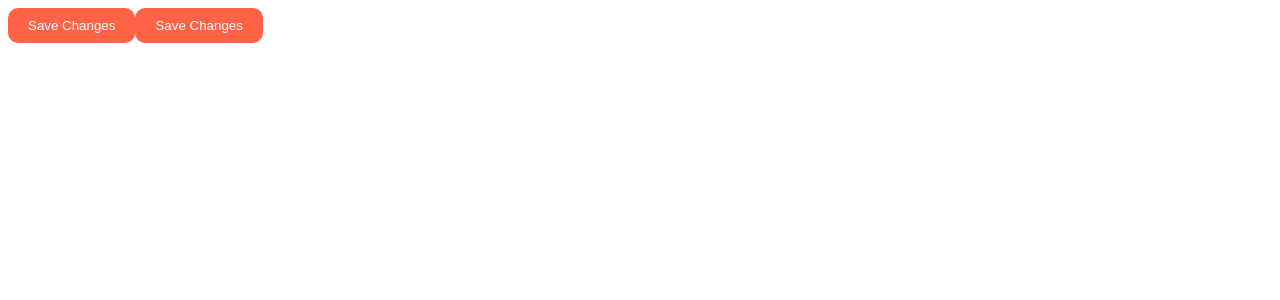
Repository: Leeminsu67/react-principle-study
Page: props.html
An editor plug-in stored every save of this project. The page is shown before and after the next save, followed by the edit.
The browser window is 1280 px wide. The pictures show the whole page.

Above is the page before, as saved 2024-08-01 19:44:01.

### props.html
<!DOCTYPE html>
<html lang="ko">
  <body>
    <div id="root"></div>
  </body>
  <script src="https://unpkg.com/react@17.0.2/umd/react.production.min.js"></script>
  <script src="https://unpkg.com/react-dom@17.0.2/umd/react-dom.production.min.js"></script>
  <script src="https://unpkg.com/@babel/standalone/babel.min.js"></script>
  <script type="text/babel">
    function Btn() {
      return (
        <button
          style={{
            backgroundColor: "tomato",
            color: "white",
            padding: "10px 20px",
            border: 0,
            borderRadius: 10,
          }}
        >
          Save Changes
        </button>
      );
    }
    function ConfirmBtn() {
      return (
        <button
          style={{
            backgroundColor: "tomato",
            color: "white",
            padding: "10px 20px",
            border: 0,
            borderRadius: 10,
          }}
        >
          Confirm
        </button>
      );
    }
    // App 컴포넌트
    const App = () => {
      return (
        <div>
          <Btn text="Save Changes" />
          <Btn text="Continue" />
        </div>
      );
    };

    const root = document.getElementById("root");
    ReactDOM.render(<App />, root);
  </script>
</html>

After the next save:
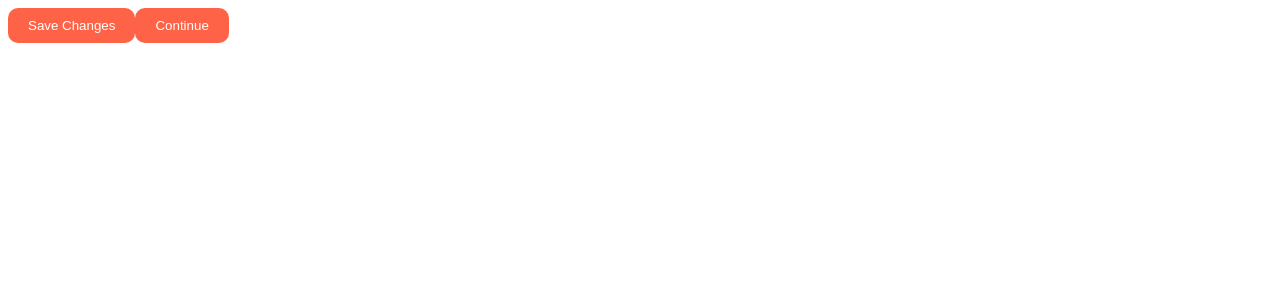
Saved 17 s later.
--- a/props.html
+++ b/props.html
@@ -7,7 +7,7 @@
   <script src="https://unpkg.com/react-dom@17.0.2/umd/react-dom.production.min.js"></script>
   <script src="https://unpkg.com/@babel/standalone/babel.min.js"></script>
   <script type="text/babel">
-    function Btn() {
+    function Btn({ text }) {
       return (
         <button
           style={{
@@ -18,7 +18,7 @@
             borderRadius: 10,
           }}
         >
-          Save Changes
+          {text}
         </button>
       );
     }
